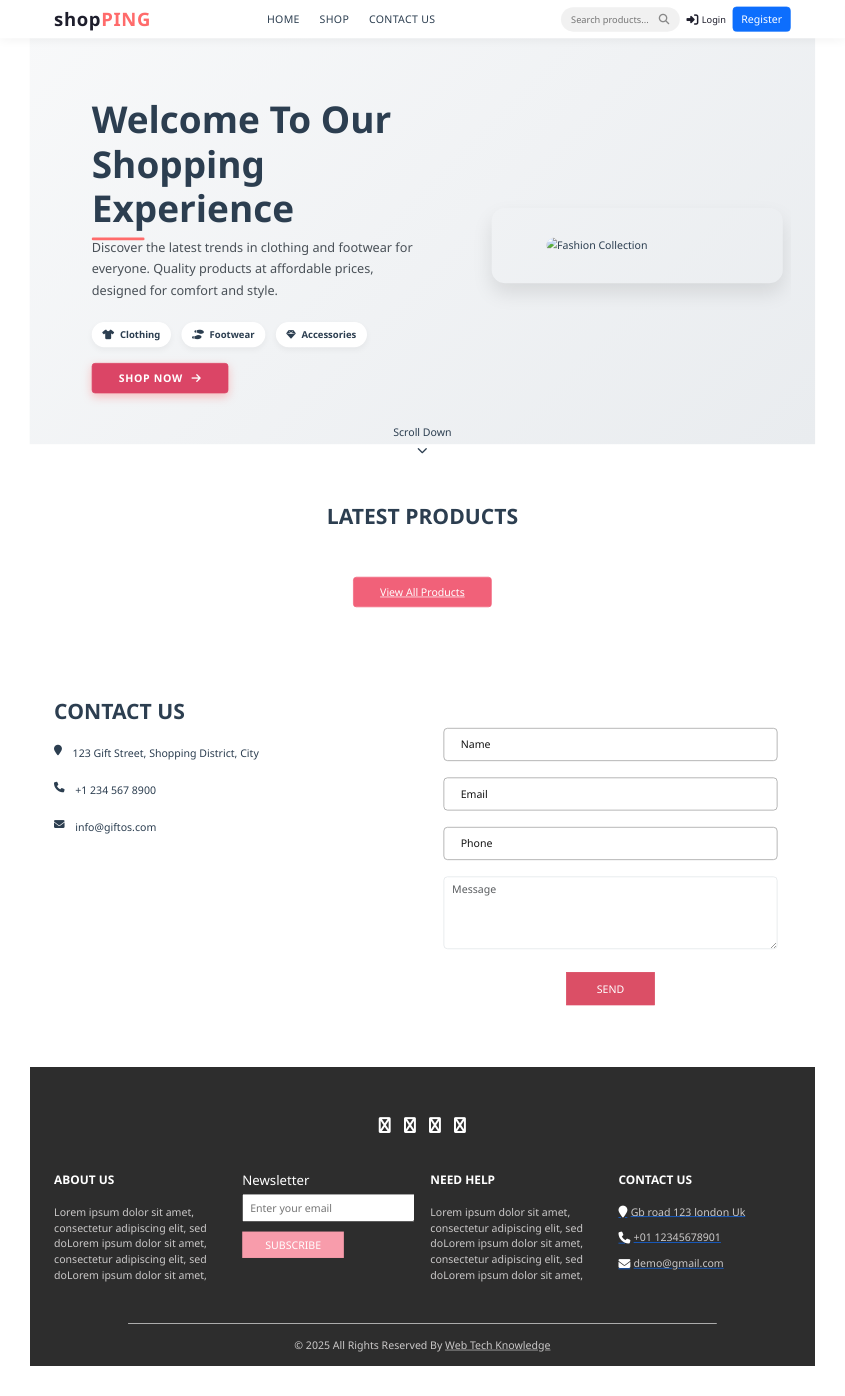
Repository: hahuuchinh2501/ecommerce_project
Page: http://localhost/
These files come from the project's save history. The page is drawn as it stood at one moment and after the next save; the edit follows.
The browser window is 1280 px wide. The pictures show the whole page, at 66% of full size.
The page is served by the project's Laravel application, run on PHP 8.4 with Laravel 12. Other server files are loaded and not shown. Queries for data that is not in the repository find no rows.

Above is the page before, as saved 2025-04-09 15:49:42.

### app/Models/Product.php
<?php

namespace App\Models;

use Illuminate\Database\Eloquent\Factories\HasFactory;
use Illuminate\Database\Eloquent\Model;

class Product extends Model
{
    use HasFactory;

    protected $fillable = [
        'title',
        'description',
        'price',
        'image1',
        'image2',
        'image3',
        'category_id'
    ];

    public function category()
    {
        return $this->belongsTo(Category::class);
    }
}

### resources/views/home/index.blade.php
<!DOCTYPE html>
<html>

<head>
  @include('home.css')
</head>

<body>
  <div class="hero_area">
    <!-- header section strats -->
   @include('home.header')
    <!-- end header section -->
    <!-- slider section -->
    @include('home.slider')

    <!-- end slider section -->
  </div>
  <!-- end hero area -->

  <!-- shop section -->

    @include('home.product')

  <!-- end shop section -->







  <!-- contact section -->

  @include('home.contact')
  <!-- end contact section -->



  <!-- info section -->

 @include('home.footer')

</body>

</html>

### resources/views/home/header.blade.php
<!DOCTYPE html>
<html lang="en">
<head>
  <meta charset="UTF-8">
  <meta name="viewport" content="width=device-width, initial-scale=1.0">
  <title>shopPING - Fashion Store</title>
  <link href="https://cdnjs.cloudflare.com/ajax/libs/font-awesome/6.0.0-beta3/css/all.min.css" rel="stylesheet">
  @include('home.css')
</head>
<body>
  <header class="header">
    <div class="container">
      <nav class="navbar">
        <div class="brand">
          <a href="{{ url('/') }}" class="logo">shop<span>PING</span></a>
        </div>

        <div class="mobile-toggle">
          <i class="fas fa-bars"></i>
        </div>

        <ul class="nav-menu">
          <li class="nav-item">
            <a href="{{ url('/') }}" class="nav-link">Home</a>
          </li>
          <li class="nav-item dropdown">
            <a href="{{ url('view_shop') }}" class="nav-link">Shop</a>

          </li>

          <li class="nav-item">
            <a href="{{ url('view_contact') }}" class="nav-link">Contact Us</a>
          </li>
        </ul>

        <div class="user-actions">
          @if (Route::has('login'))
            @auth
              <a href="{{ url('myorders') }}" class="action-btn">
                <i class="fas fa-list-ul"></i>
                <span>Orders</span>
              </a>
              <a href="{{ url('mycart') }}" class="action-btn">
                <i class="fas fa-shopping-bag"></i>
                <span>Cart</span>
                <span class="cart-count">{{ $count }}</span>
              </a>
              <form class="search-form" action="{{ url('search') }}" method="GET">
    <input type="text" class="search-input" name="search_text" placeholder="Search products..." required>
    <button type="submit" class="search-btn">
        <i class="fas fa-search"></i>
    </button>
</form>



              <form method="POST" action="{{ route('logout') }}" class="logout-form">
                @csrf
                <button type="submit" class="logout-btn">
                  <i class="fas fa-sign-out-alt"></i>
                  <span>Logout</span>
                </button>
              </form>
              <a style="margin-left: 20px;" href="{{ url('/profile') }}">welcome: {{ Auth::user()->name }}</a>

            @else
              <form class="search-form" action="{{ url('search') }}" method="GET">
    <input type="text" class="search-input" name="search_text" placeholder="Search products..." required>
    <button type="submit" class="search-btn">
        <i class="fas fa-search"></i>
    </button>
</form>

              <a href="{{ url('/login') }}" class="action-btn" style="margin: 10px;">
                <i class="fas fa-sign-in-alt"></i>
                <span>Login</span>
              </a>
              <a href="{{ url('/register') }}" class="btn btn-primary">Register</a>
            @endauth
          @endif
        </div>
      </nav>
    </div>
  </header>

  <script>

    window.addEventListener('scroll', function() {
      const header = document.querySelector('.header');
      if (window.scrollY > 50) {
        header.classList.add('header-scrolled');
      } else {
        header.classList.remove('header-scrolled');
      }
    });


    const mobileToggle = document.querySelector('.mobile-toggle');
    const navMenu = document.querySelector('.nav-menu');

    if (mobileToggle) {
      mobileToggle.addEventListener('click', function() {
        navMenu.classList.toggle('active');
      });
    }


    const dropdowns = document.querySelectorAll('.dropdown');

    dropdowns.forEach(dropdown => {
      dropdown.addEventListener('click', function(e) {
        if (window.innerWidth < 992) {
          e.preventDefault();
          this.classList.toggle('active');
        }
      });
    });
  </script>
</body>
</html>

### resources/views/home/slider.blade.php
<!DOCTYPE html>
<html lang="en">
<head>
  <meta charset="UTF-8">
  <meta name="viewport" content="width=device-width, initial-scale=1.0">
  <title>Enhanced Shopping Slider</title>
  <link href="https://cdnjs.cloudflare.com/ajax/libs/font-awesome/6.4.0/css/all.min.css" rel="stylesheet">
  <link href="https://cdnjs.cloudflare.com/ajax/libs/bootstrap/5.3.0/css/bootstrap.min.css" rel="stylesheet">
  <style>
    :root {
      --primary-color: #ff6b6b;
      --secondary-color: #546de5;
      --text-color: #2c3e50;
      --light-color: #f8f9fa;
    }

    body {
      font-family: 'Segoe UI', Tahoma, Geneva, Verdana, sans-serif;
      color: var(--text-color);
    }

    .slider_section {
      padding-top: 70px;
      background: linear-gradient(135deg, #f8f9fa 0%, #e9ecef 100%);
      min-height: 90vh;
      display: flex;
      align-items: center;
    }

    .detail-box {
      padding: 2rem 1rem 2rem 3rem;
    }

    .detail-box h1 {
      font-size: 3.5rem;
      font-weight: 700;
      margin-bottom: 1.5rem;
      color: var(--text-color);
      line-height: 1.2;
      position: relative;
    }

    .detail-box h1::after {
      content: '';
      position: absolute;
      left: 0;
      bottom: -15px;
      height: 4px;
      width: 80px;
      background-color: var(--primary-color);
      border-radius: 2px;
    }

    .detail-box p {
      font-size: 1.2rem;
      line-height: 1.7;
      color: #495057;
      margin-bottom: 2rem;
      max-width: 500px;
    }

    .detail-box a {
      display: inline-block;
      padding: 12px 30px;
      background-color: var(--primary-color);
      color: white;
      text-decoration: none;
      border-radius: 30px;
      font-weight: 600;
      letter-spacing: 1px;
      transition: all 0.3s ease;
      box-shadow: 0 5px 15px rgba(255, 107, 107, 0.4);
    }

    .detail-box a:hover {
      background-color: var(--secondary-color);
      transform: translateY(-3px);
      box-shadow: 0 8px 20px rgba(84, 109, 229, 0.5);
    }

    .img-box {
      position: relative;
      overflow: hidden;
      border-radius: 20px;
      box-shadow: 0 15px 30px rgba(0, 0, 0, 0.1);
    }

    .img-box img {
      width: 100%;
      height: auto;
      transition: transform 0.5s ease;
      object-fit: cover;
      border-radius: 20px;
    }

    .img-box:hover img {
      transform: scale(1.05);
    }

    .category-badges {
      margin-top: 2rem;
      display: flex;
      flex-wrap: wrap;
      gap: 1rem;
    }

    .category-badge {
      padding: 8px 16px;
      background-color: white;
      border-radius: 20px;
      font-weight: 600;
      color: var(--text-color);
      font-size: 0.9rem;
      box-shadow: 0 4px 10px rgba(0, 0, 0, 0.05);
      transition: all 0.3s ease;
      cursor: pointer;
    }

    .category-badge:hover {
      background-color: var(--primary-color);
      color: white;
    }

    .category-badge i {
      margin-right: 5px;
    }

    .scroll-down {
      position: absolute;
      bottom: 30px;
      left: 50%;
      transform: translateX(-50%);
      display: flex;
      flex-direction: column;
      align-items: center;
      color: var(--text-color);
      animation: bounce 2s infinite;
    }

    @keyframes bounce {
      0%, 20%, 50%, 80%, 100% {
        transform: translateY(0) translateX(-50%);
      }
      40% {
        transform: translateY(-15px) translateX(-50%);
      }
      60% {
        transform: translateY(-10px) translateX(-50%);
      }
    }

    @media (max-width: 992px) {
      .detail-box h1 {
        font-size: 2.8rem;
      }

      .slider_section {
        padding-top: 50px;
        min-height: auto;
      }
    }

    @media (max-width: 768px) {
      .detail-box {
        padding: 2rem 1rem;
        text-align: center;
        order: 2;
      }

      .detail-box h1 {
        font-size: 2.5rem;
      }

      .detail-box h1::after {
        left: 50%;
        transform: translateX(-50%);
      }

      .detail-box p {
        margin: 0 auto 2rem auto;
      }

      .img-box {
        margin-bottom: 2rem;
        order: 1;
      }

      .category-badges {
        justify-content: center;
      }
    }
  </style>
</head>
<body>
  <section class="slider_section">
    <div class="container">
      <div id="carouselExampleIndicators" class="carousel slide" data-bs-ride="carousel">
        <div class="carousel-inner">
          <div class="carousel-item active">
            <div class="container">
              <div class="row align-items-center">
                <div class="col-lg-7 col-md-12">
                  <div class="detail-box">
                    <h1>Welcome To Our <br>Shopping Experience</h1>
                    <p>Discover the latest trends in clothing and footwear for everyone. Quality products at affordable prices, designed for comfort and style.</p>

                    <div class="category-badges">
                      <div class="category-badge">
                        <i class="fas fa-tshirt"></i> Clothing
                      </div>
                      <div class="category-badge">
                        <i class="fas fa-shoe-prints"></i> Footwear
                      </div>
                      <div class="category-badge">
                        <i class="fas fa-gem"></i> Accessories
                      </div>
                    </div>

                    <a href="{{ url('view_shop') }}" class="mt-4">Shop Now <i class="fas fa-arrow-right ms-2"></i></a>
                  </div>
                </div>
                <div class="col-lg-5 col-md-12">
                  <div class="img-box">
                    <img src="/api/placeholder/600/400" alt="Fashion Collection" />
                  </div>
                </div>
              </div>
            </div>
          </div>
        </div>
      </div>
    </div>
    <div class="scroll-down">
      <span>Scroll Down</span>
      <i class="fas fa-chevron-down mt-2"></i>
    </div>
  </section>

  <script src="https://cdnjs.cloudflare.com/ajax/libs/bootstrap/5.3.0/js/bootstrap.bundle.min.js"></script>
</body>
</html>

### resources/views/home/product.blade.php
 <section class="shop_section layout_padding">
    <div class="container">
      <div class="heading_container heading_center">
        <h2>
          Latest Products
        </h2>
      </div>
      <div class="row">
        @foreach($product as $products )


        <div class="col-sm-6 col-md-4 col-lg-3">
          <div class="box">

              <div class="img-box">
                <img src="products/{{ $products->image1 }}" alt="">
              </div>
              <div class="detail-box">
                <h6>
                  {{ $products->title }}
                </h6>
                <h6>
                  Price
                  <span>
                    {{ $products->price }}
                  </span>
                </h6>
              </div>

            <div style="padding:15px">
              <a class="btn btn-dark" style="color: white" href="{{ url('product_details', $products->id) }}">
                Details
              </a>
               <a class="btn btn-white" style="border: 1px solid " href="{{ url('add_cart', $products->id) }}">
                add cart
              </a>
          </div>
          </div>
        </div>
        @endforeach
        </div>
      </div>
      <div class="btn-box">
        <a href="{{ url('view_shop') }}">
          View All Products
        </a>
      </div>
    </div>
  </section>

### resources/views/home/contact.blade.php
<section class="contact_section py-5">
  <div class="container">
    <div class="row">
      <div class="col-md-6">
        <div class="heading_container mb-4">
          <h2>Contact Us</h2>
        </div>
        <div class="contact_info">
          <div class="info_item d-flex mb-3">
            <i class="fa fa-map-marker mr-3" aria-hidden="true"></i>
            <p>123 Gift Street, Shopping District, City</p>
          </div>
          <div class="info_item d-flex mb-3">
            <i class="fa fa-phone mr-3" aria-hidden="true"></i>
            <p>+1 234 567 8900</p>
          </div>
          <div class="info_item d-flex mb-3">
            <i class="fa fa-envelope mr-3" aria-hidden="true"></i>
            <p>info@giftos.com</p>
          </div>
        </div>
      </div>
      <div class="col-md-6">
        <form action="#">
          <div class="form-group">
            <input type="text" class="form-control" placeholder="Name" required />
          </div>
          <div class="form-group">
            <input type="email" class="form-control" placeholder="Email" required />
          </div>
          <div class="form-group">
            <input type="text" class="form-control" placeholder="Phone" />
          </div>
          <div class="form-group">
            <textarea class="form-control" rows="4" placeholder="Message" required></textarea>
          </div>
          <button type="submit" class="btn btn-primary">SEND</button>
        </form>
      </div>
    </div>
  </div>
</section>

### resources/views/home/footer.blade.php
<section class="info_section  layout_padding2-top">
    <div class="social_container">
      <div class="social_box">
        <a href="">
          <i class="fa fa-facebook" aria-hidden="true"></i>
        </a>
        <a href="">
          <i class="fa fa-twitter" aria-hidden="true"></i>
        </a>
        <a href="">
          <i class="fa fa-instagram" aria-hidden="true"></i>
        </a>
        <a href="">
          <i class="fa fa-youtube" aria-hidden="true"></i>
        </a>
      </div>
    </div>
    <div class="info_container ">
      <div class="container">
        <div class="row">
          <div class="col-md-6 col-lg-3">
            <h6>
              ABOUT US
            </h6>
            <p>
              Lorem ipsum dolor sit amet, consectetur adipiscing elit, sed doLorem ipsum dolor sit amet, consectetur adipiscing elit, sed doLorem ipsum dolor sit amet,
            </p>
          </div>
          <div class="col-md-6 col-lg-3">
            <div class="info_form ">
              <h5>
                Newsletter
              </h5>
              <form action="#">
                <input type="email" placeholder="Enter your email">
                <button>
                  Subscribe
                </button>
              </form>
            </div>
          </div>
          <div class="col-md-6 col-lg-3">
            <h6>
              NEED HELP
            </h6>
            <p>
              Lorem ipsum dolor sit amet, consectetur adipiscing elit, sed doLorem ipsum dolor sit amet, consectetur adipiscing elit, sed doLorem ipsum dolor sit amet,
            </p>
          </div>
          <div class="col-md-6 col-lg-3">
            <h6>
              CONTACT US
            </h6>
            <div class="info_link-box">
              <a href="">
                <i class="fa fa-map-marker" aria-hidden="true"></i>
                <span> Gb road 123 london Uk </span>
              </a>
              <a href="">
                <i class="fa fa-phone" aria-hidden="true"></i>
                <span>+01 12345678901</span>
              </a>
              <a href="">
                <i class="fa fa-envelope" aria-hidden="true"></i>
                <span> demo@gmail.com</span>
              </a>
            </div>
          </div>
        </div>
      </div>
    </div>
    <!-- footer section -->
    <footer class=" footer_section">
      <div class="container">
        <p>
          &copy; <span id="displayYear"></span> All Rights Reserved By
          <a href="https://html.design/">Web Tech Knowledge</a>
        </p>
      </div>
    </footer>
    <!-- footer section -->

  </section>

  <!-- end info section -->


  <script src="{{asset('js/jquery-3.4.1.min.js') }}"></script>
  <script src="{{asset('js/bootstrap.js') }}"></script>
  <script src="https://cdnjs.cloudflare.com/ajax/libs/OwlCarousel2/2.3.4/owl.carousel.min.js">
  </script>
  <script src="{{asset('js/custom.js') }}"></script>

### public/css/responsive.css
@media (max-width: 1120px) {
    .saving_section .detail-box {
        padding: 0;
    }
}

@media (max-width: 992px) {
    .user_option {
        justify-content: center;
        margin-left: 0;
        margin-top: 10px;

    }

    .custom_nav-container {
        flex-direction: row;
    }

    .custom_nav-container .navbar-nav {
        align-items: center;
    }

    #navbarSupportedContent .navbar-nav .nav-link {
        margin: 5px 0;
    }

    .slider_section .detail-box {
        padding-left: 0;
    }

    .slider_section .detail-box h1 {
        font-size: 3rem;
    }

    .slider_section .img-box {
        padding: 0;
    }

    .saving_section .row {
        flex-direction: column-reverse;
    }

    .saving_section .detail-box {

        margin-bottom: 30px;
    }

    .client_section .box {
        margin: 15px 25px;
    }

    .client_section .carousel_btn-box {
        display: flex;
        justify-content: center;
        margin-top: 45px;
    }

    .client_section .carousel-control-prev,
    .client_section .carousel-control-next {
        position: unset;
        margin: 0 2.5px;
        width: 45px;
        height: 45px;
    }
}

@media (max-width: 768px) {
    .hero_area {
        padding: 0 25px;
    }

    .slider_section .img-box {
        margin-bottom: 45px;
    }

    .saving_section,
    .gift_section {
        padding-left: 25px;
        padding-right: 25px;
    }

    .gift_section .box {
        padding: 45px 0;
    }

    .gift_section .img-box {
        padding: 0 15px;
        margin-bottom: 45px;
    }

    .info_section .row>div {
        text-align: center;
        display: flex;
        flex-direction: column;
        align-items: center;

    }

    .info_section {
        margin: 0 25px 25px;
    }


}

@media (max-width: 576px) {
    .contact_section {
        padding-left: 25px;
        padding-right: 25px;
    }
}

@media (max-width: 480px) {

    .saving_section .detail-box,
    .gift_section .detail-box {
        padding: 0 5px;
    }
}

@media (max-width: 420px) {}

@media (max-width: 376px) {}

@media (min-width: 1200px) {
    .container {
        max-width: 1170px;
    }
}

Loaded but not shown: app/Providers/AppServiceProvider.php (common file); routes/auth.php (common file); app/Http/Controllers/Auth/EmailVerificationPromptController.php (common file); app/Http/Controllers/Controller.php (common file); app/Http/Controllers/Auth/VerifyEmailController.php (common file); public/css/bootstrap.css (library); public/css/font-awesome.min.css (library); public/js/jquery-3.4.1.min.js (library); public/js/bootstrap.js (library); public/js/custom.js (common file); public/css/style.css (856 lines, source omitted); resources/views/home/css.blade.php (421 lines, source omitted); app/Http/Controllers/HomeController.php (308 lines, source omitted); routes/web.php (110 lines, source omitted)

After the next save:
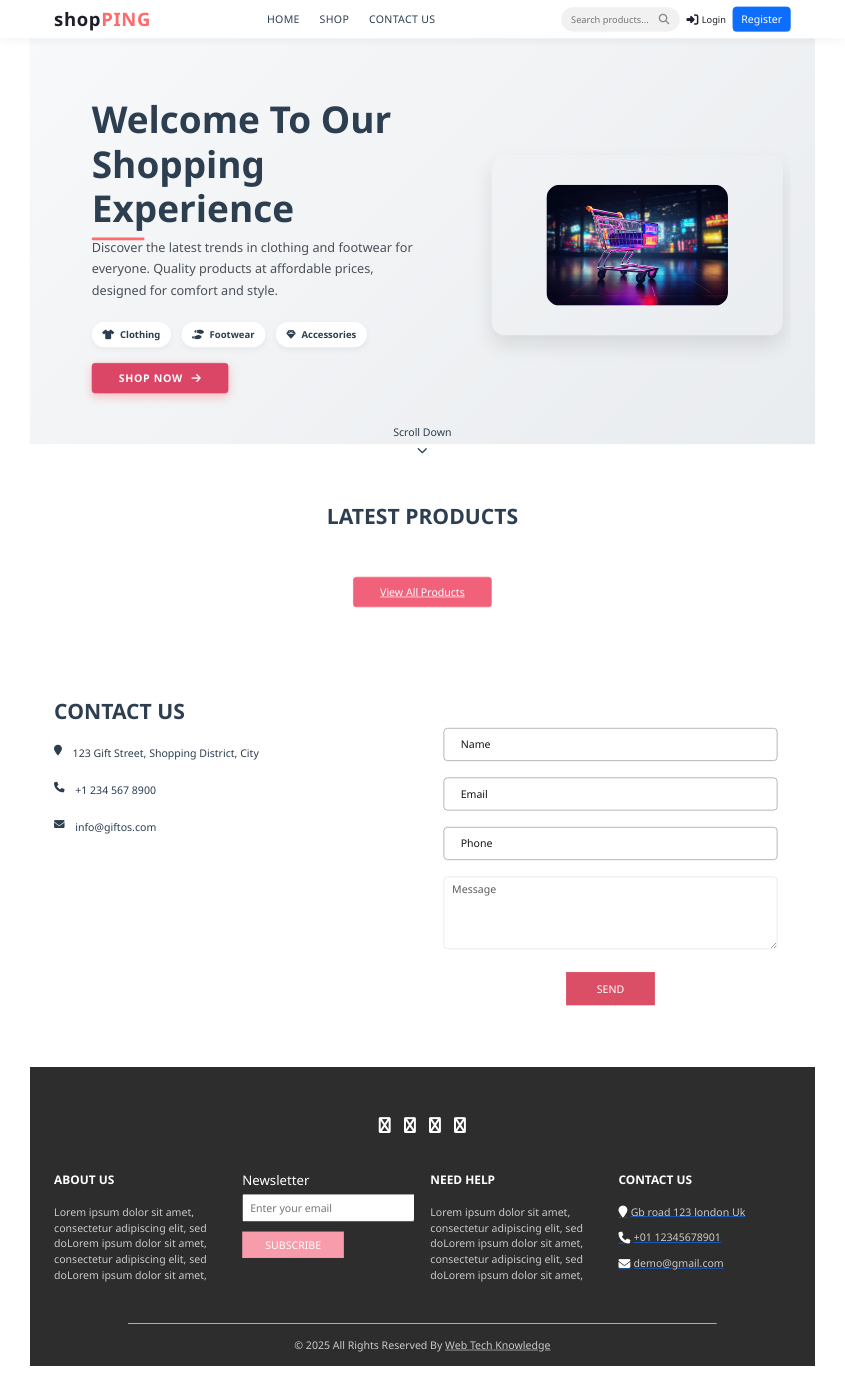
Saved 98 s later.
--- a/resources/views/home/slider.blade.php
+++ b/resources/views/home/slider.blade.php
@@ -221,7 +221,7 @@
                 </div>
                 <div class="col-lg-5 col-md-12">
                   <div class="img-box">
-                    <img src="/api/placeholder/600/400" alt="Fashion Collection" />
+                    <img src="/images/image3.jpeg" alt="Fashion Collection" />
                   </div>
                 </div>
               </div>
